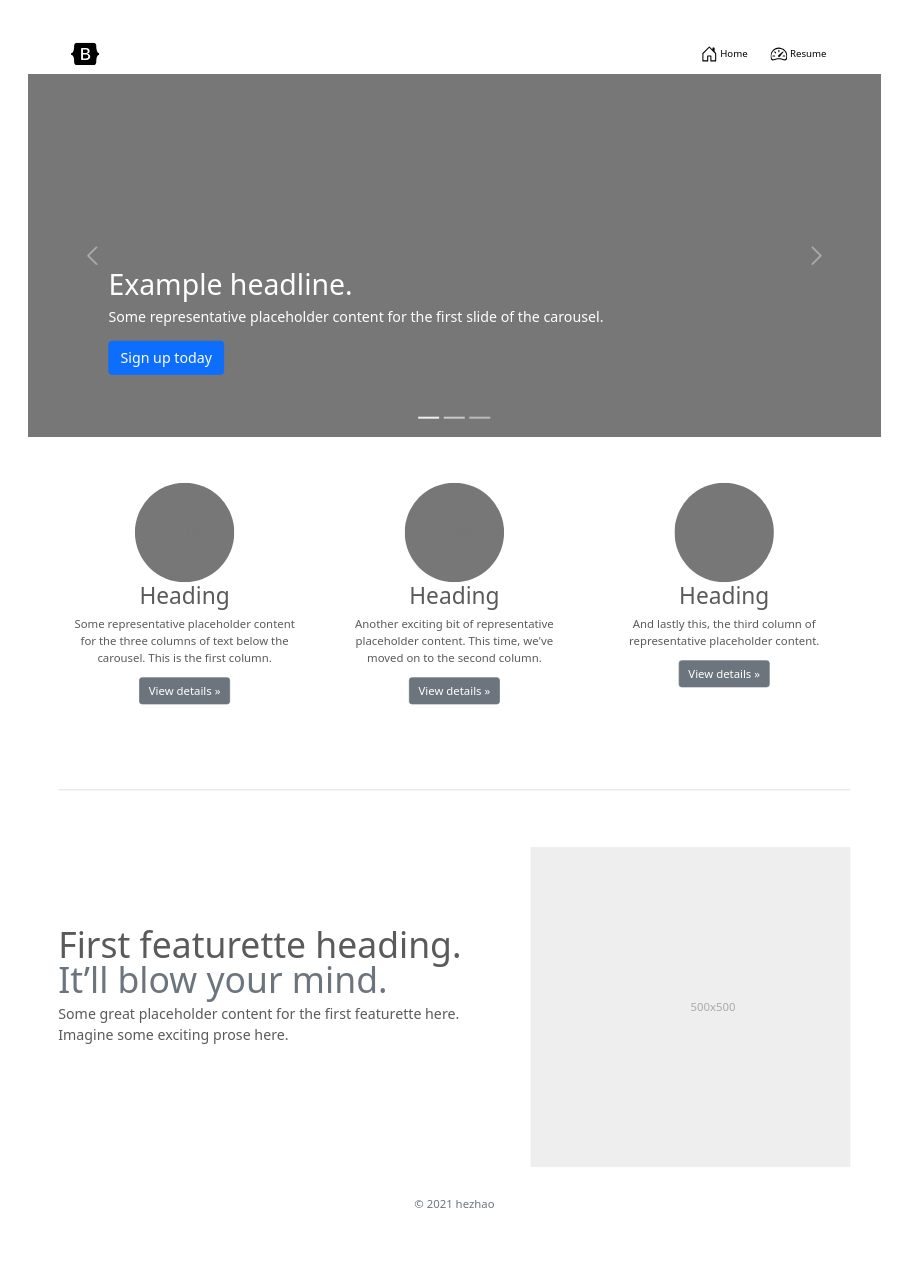
Repository: HeZhao-hugh/personal-web
Page: index.html
These files come from the project's save history. The page is drawn as it stood at one moment and after the next save; the edit follows.
The browser window is 1280 px wide. The pictures show the whole page, at 71% of full size.

Above is the page before, as saved 2022-01-19 21:11:45.

After the next save:
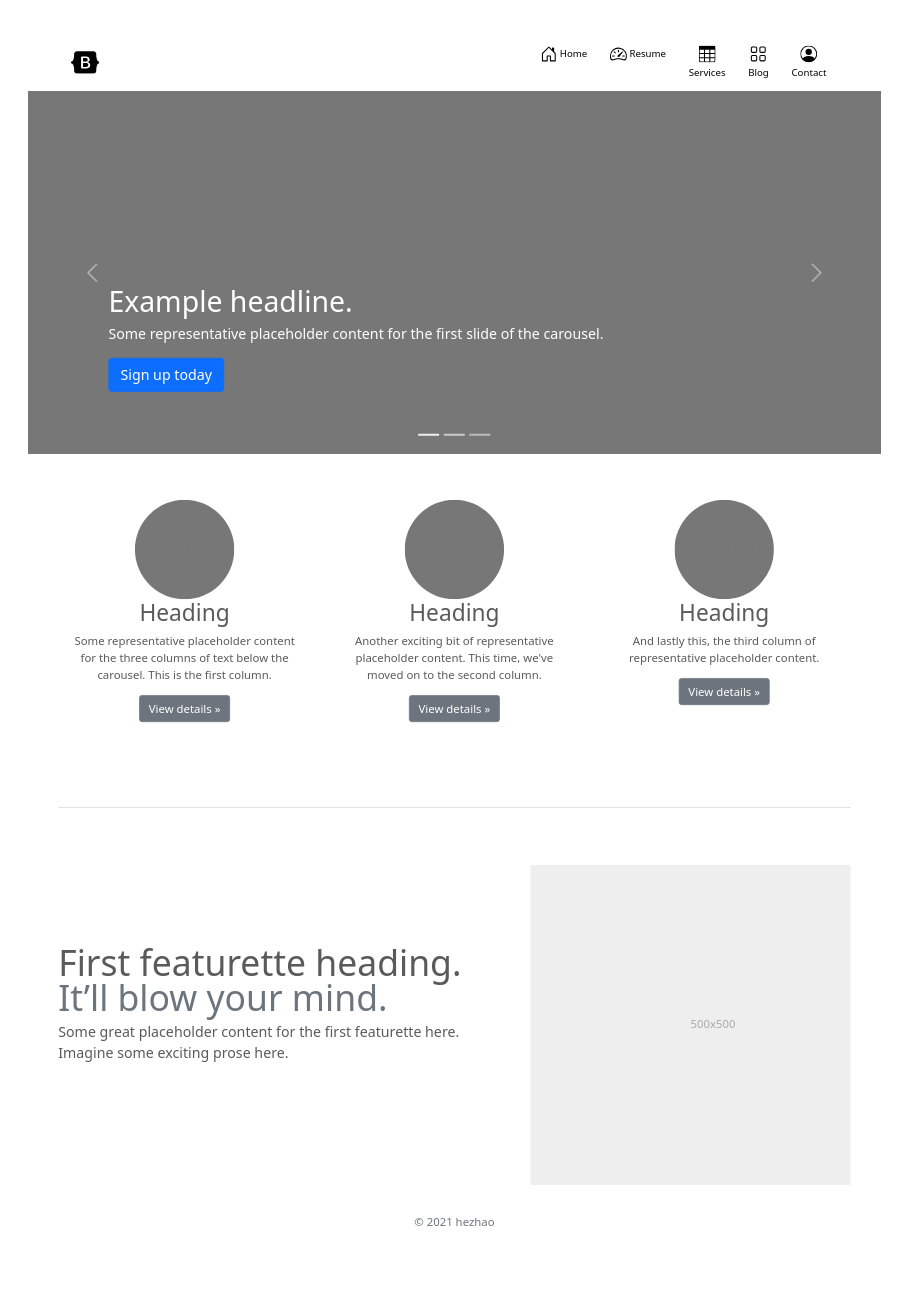
Saved 48 s later.
--- a/index.html
+++ b/index.html
@@ -84,7 +84,7 @@
                                     Resume
                                 </a>
                             </li>
-                            <!-- <li>
+                            <li>
                                 <a href="#" class="navbar-item nav-link text-black">
                                     <svg class="bi d-block mx-auto mb-1" width="24" height="24">
                                         <use href="#Services" /></svg>
@@ -105,7 +105,7 @@
                                         <use href="#Contact" /></svg>
                                     Contact
                                 </a>
-                            </li> -->
+                            </li>
                         </ul>
                     </div>
                 </div>
